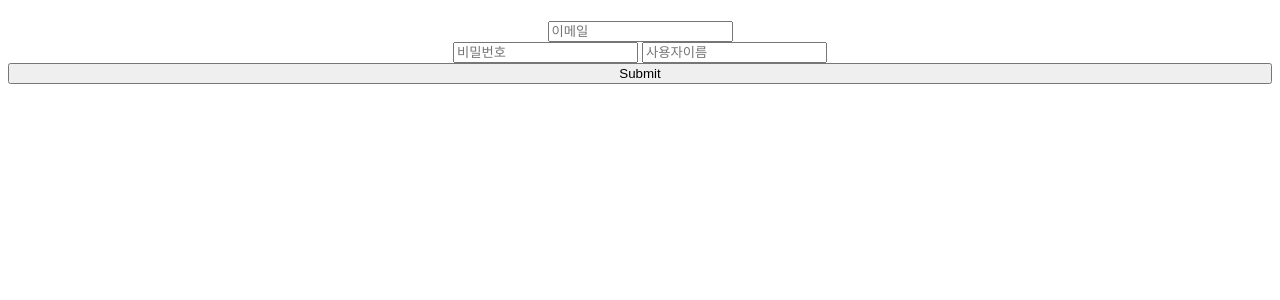
Repository: trapezer84/JSP
Page: http://localhost/AEB_JavaProgramming/
An editor plug-in stored every save of this project. The page is shown before and after the next save, followed by the edit.
The browser window is 1280 px wide. The pictures show the whole page.
The page is served by Tomcat 9. Other server files are loaded and not shown.

Above is the page before, as saved 2016-02-05 07:59:32.

### AEB_JavaProgramming/WebContent/index.jsp
<%@ page language="java" contentType="text/html; charset=UTF-8"
    pageEncoding="UTF-8"%>
<!DOCTYPE html>
<html>
<head>
<meta http-equiv="Content-Type" content="text/html; charset=UTF-8">
<title>Insert title here</title>
<style>
.joinformat {
	display : blcok;
}
</style>

</head>
<body>

<div>
	<h1> </h1>
</div>

<div align="center">
	<form method="post" id="jointhisblog">
	<div class="">
		 <input type="email" placeholder="이메일" style="display:block"/>
		 <input type="password" placeholder="비밀번호"/>
		 <input type="text" placeholder="사용자이름"/>
	</div>
		 <input type="submit" placeholder="가입" style="width:100%"/>
	</form>
</div>



</body>
</html>

After the next save:
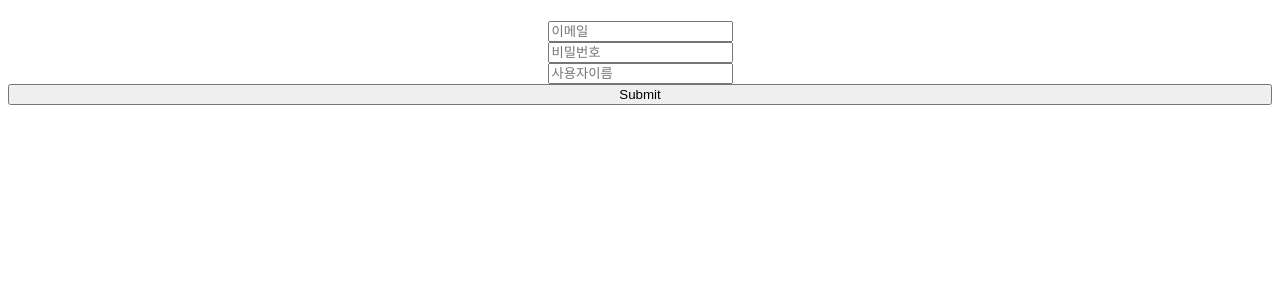
Saved 13 s later.
--- a/AEB_JavaProgramming/WebContent/index.jsp
+++ b/AEB_JavaProgramming/WebContent/index.jsp
@@ -7,7 +7,7 @@
 <title>Insert title here</title>
 <style>
 .joinformat {
-	display : blcok;
+
 }
 </style>
 
@@ -22,8 +22,8 @@
 	<form method="post" id="jointhisblog">
 	<div class="">
 		 <input type="email" placeholder="이메일" style="display:block"/>
-		 <input type="password" placeholder="비밀번호"/>
-		 <input type="text" placeholder="사용자이름"/>
+		 <input type="password" placeholder="비밀번호" style="display:block"/>
+		 <input type="text" placeholder="사용자이름" style="display:block"/>
 	</div>
 		 <input type="submit" placeholder="가입" style="width:100%"/>
 	</form>
